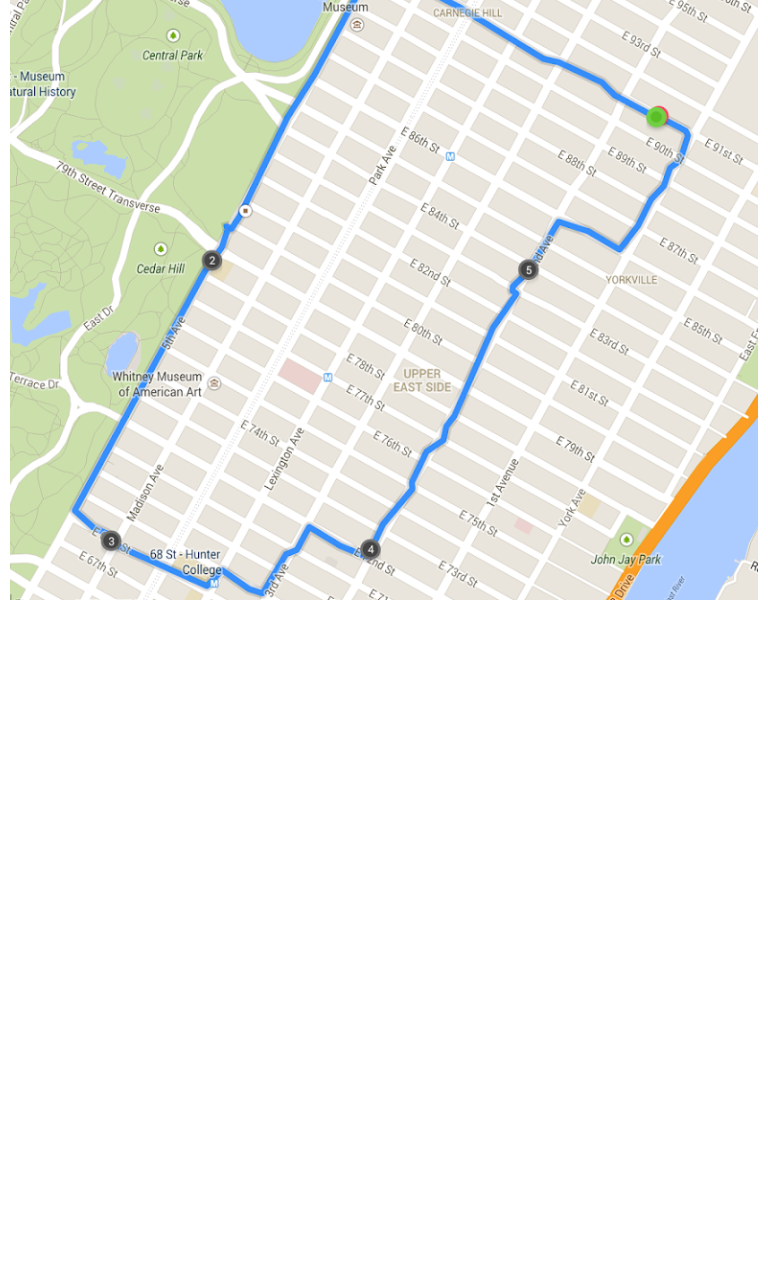
Repository: dekeym/Projet-IHM
Layout: WorkSpace/ChallengeMe/res/layout/fragment_activity.xml
The author's editor kept a copy of each file at every save. The layout is drawn from the files as they stood at one save, then again after the next save.
It is drawn on a 768 x 1280 px phone screen (xhdpi) without system bars, with theme android:Theme.Holo.Light.DarkActionBar; the app's code is not run.

Above is the layout before, as saved 2014-12-18 10:44:30.

After the next save:
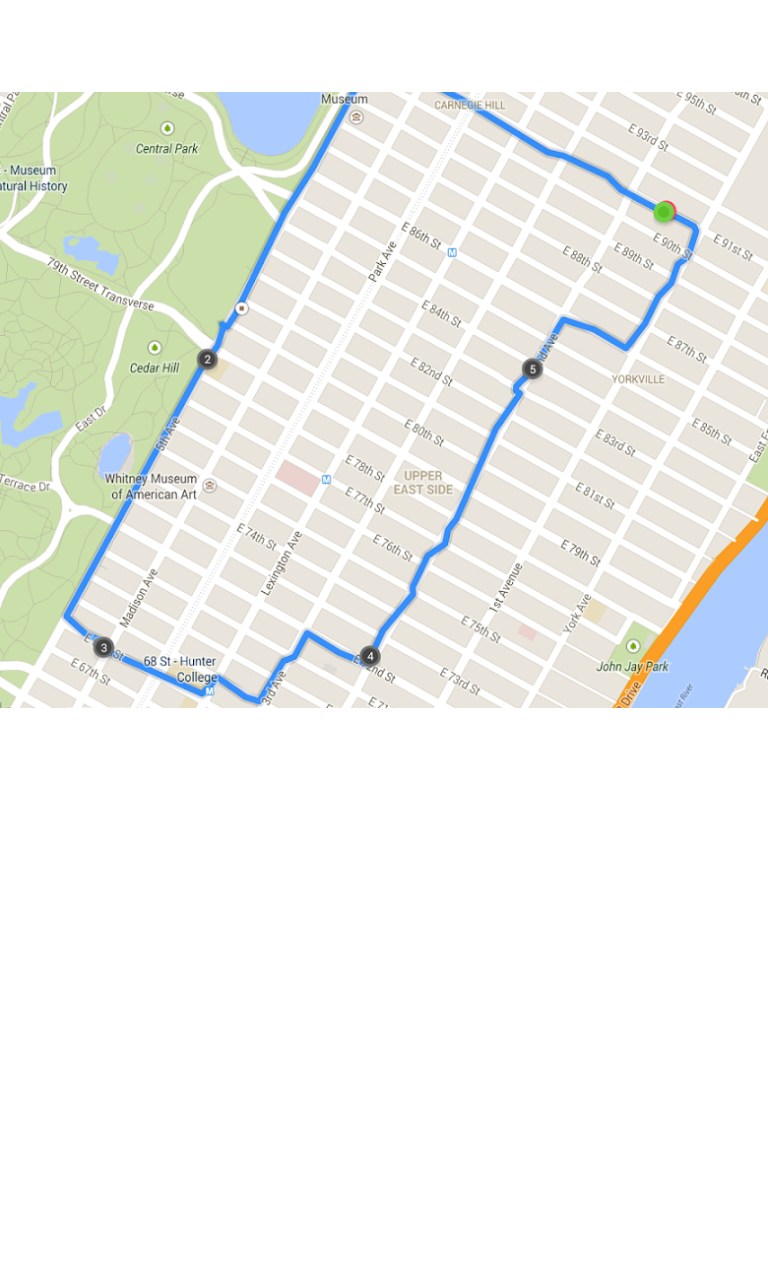
Saved 9 s later.
--- a/WorkSpace/ChallengeMe/res/layout/fragment_activity.xml
+++ b/WorkSpace/ChallengeMe/res/layout/fragment_activity.xml
@@ -22,7 +22,7 @@
     <ImageView
         android:id="@+id/imageView1"
         android:layout_width="500dp"
-        android:layout_height="300dp"
+        android:layout_height="400dp"
         android:layout_alignParentLeft="true"
         android:layout_alignParentTop="true"
         android:src="@drawable/map" />
